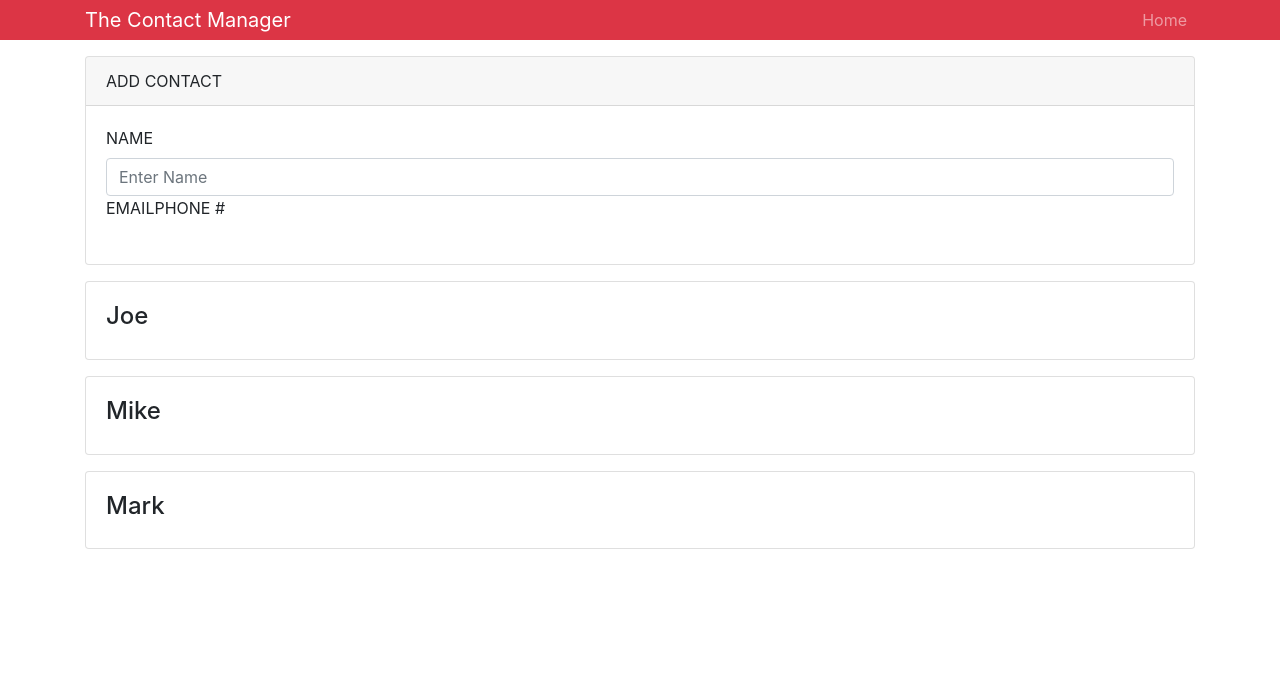
Repository: MikeTroianello/Contact-Manager
Page: /contact/add
These files come from the project's save history. The page is drawn as it stood at one moment and after the next save; the edit follows.
The browser window is 1280 px wide. The pictures show the whole page.
The project was rebuilt for these pictures with package versions that can differ from the ones it lists, and the page was loaded fresh each time. Also part of the build but not shown: src/App.css.

Above is the page before, as saved 2019-05-19 23:49:34.

After the next save:
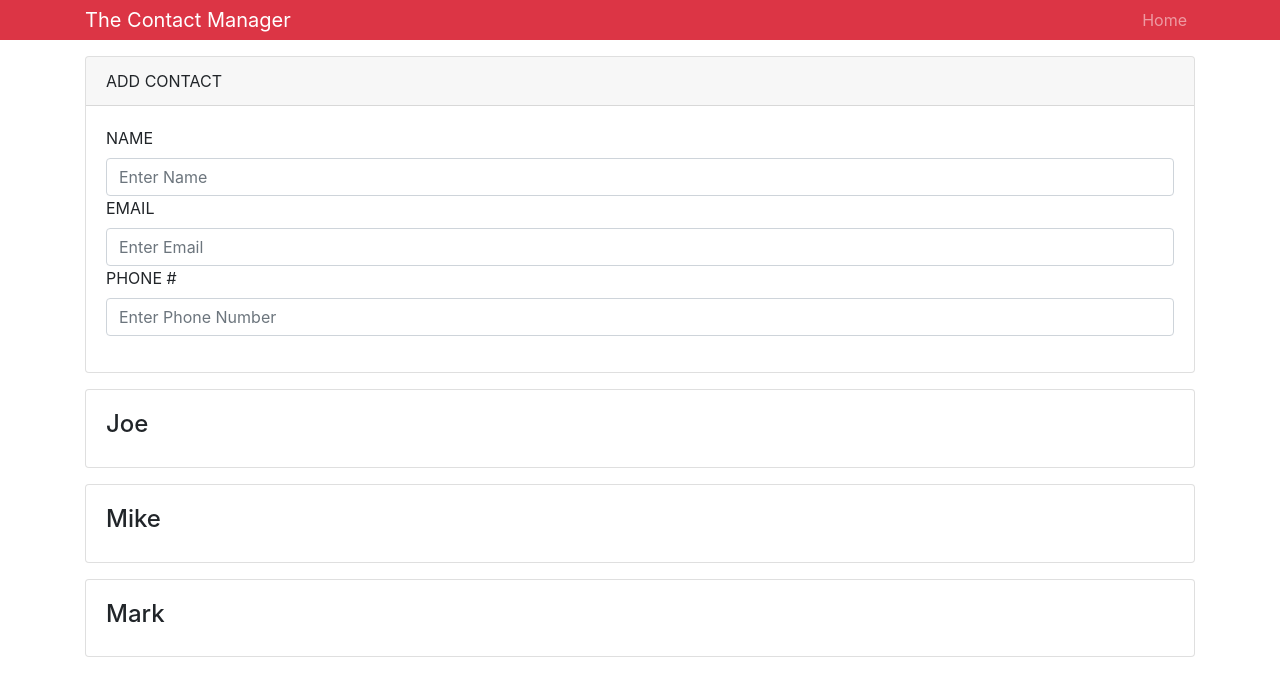
Saved 43 s later.
--- a/src/components/contacts/AddContact.js
+++ b/src/components/contacts/AddContact.js
@@ -22,7 +22,19 @@ class AddContact extends Component {
                 placeholder="Enter Name"
               />
               <label htmlFor="email">EMAIL</label>
+              <input
+                type="text"
+                name="email"
+                className="form-control lg"
+                placeholder="Enter Email"
+              />
               <label htmlFor="phone">PHONE #</label>
+              <input
+                type="text"
+                name="phone"
+                className="form-control lg"
+                placeholder="Enter Phone Number"
+              />
             </div>
           </form>
         </div>
